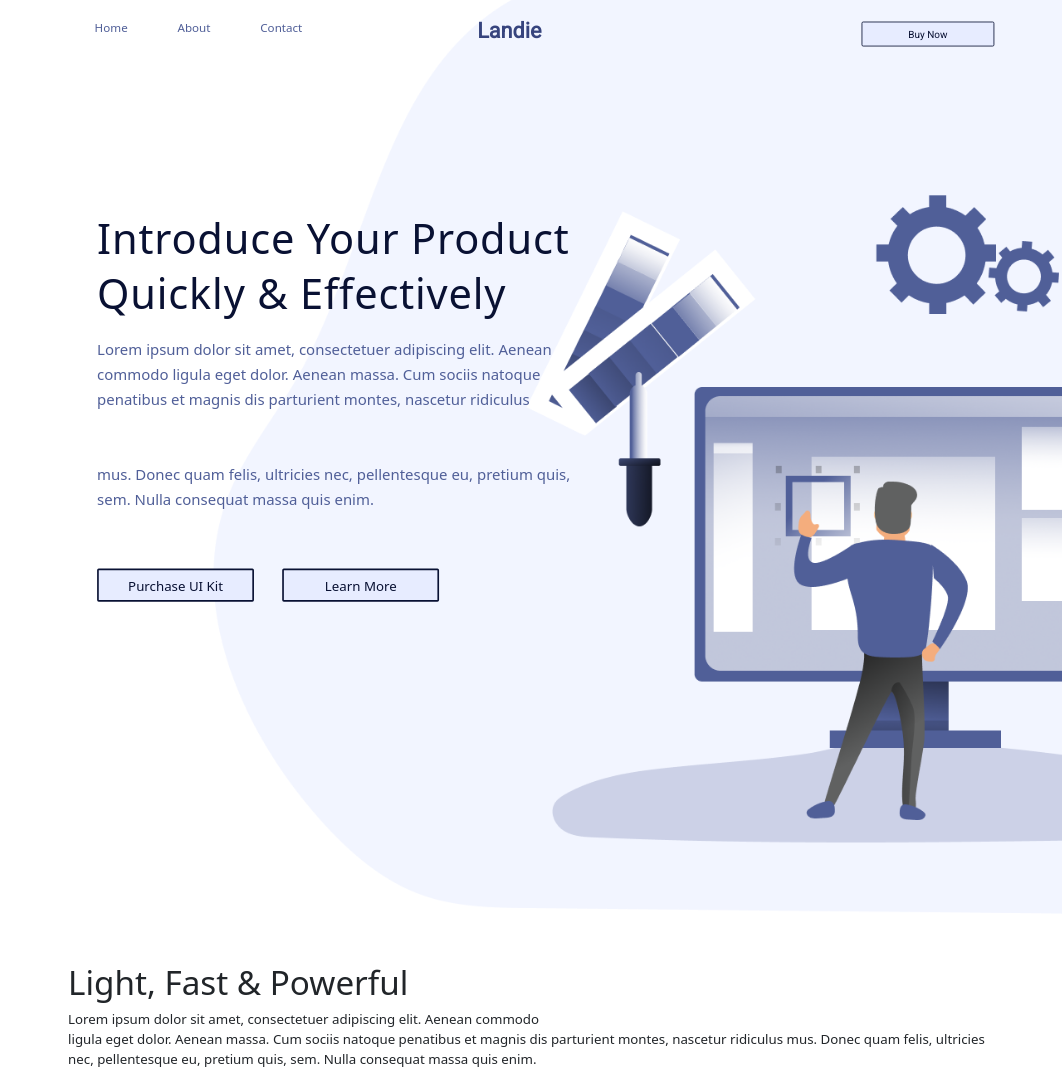
Repository: batonAnton/HW-Lec12-sass-pug
Page: index.html
These files come from the project's save history. The page is drawn as it stood at one moment and after the next save; the edit follows.
The browser window is 1280 px wide. The pictures show the whole page, at 83% of full size.
The style sheet was rebuilt from its Sass, Less or Tailwind sources for each picture, by a compiler version that may differ from the author's.

Above is the page before, as saved 2022-07-29 16:13:50.

After the next save:
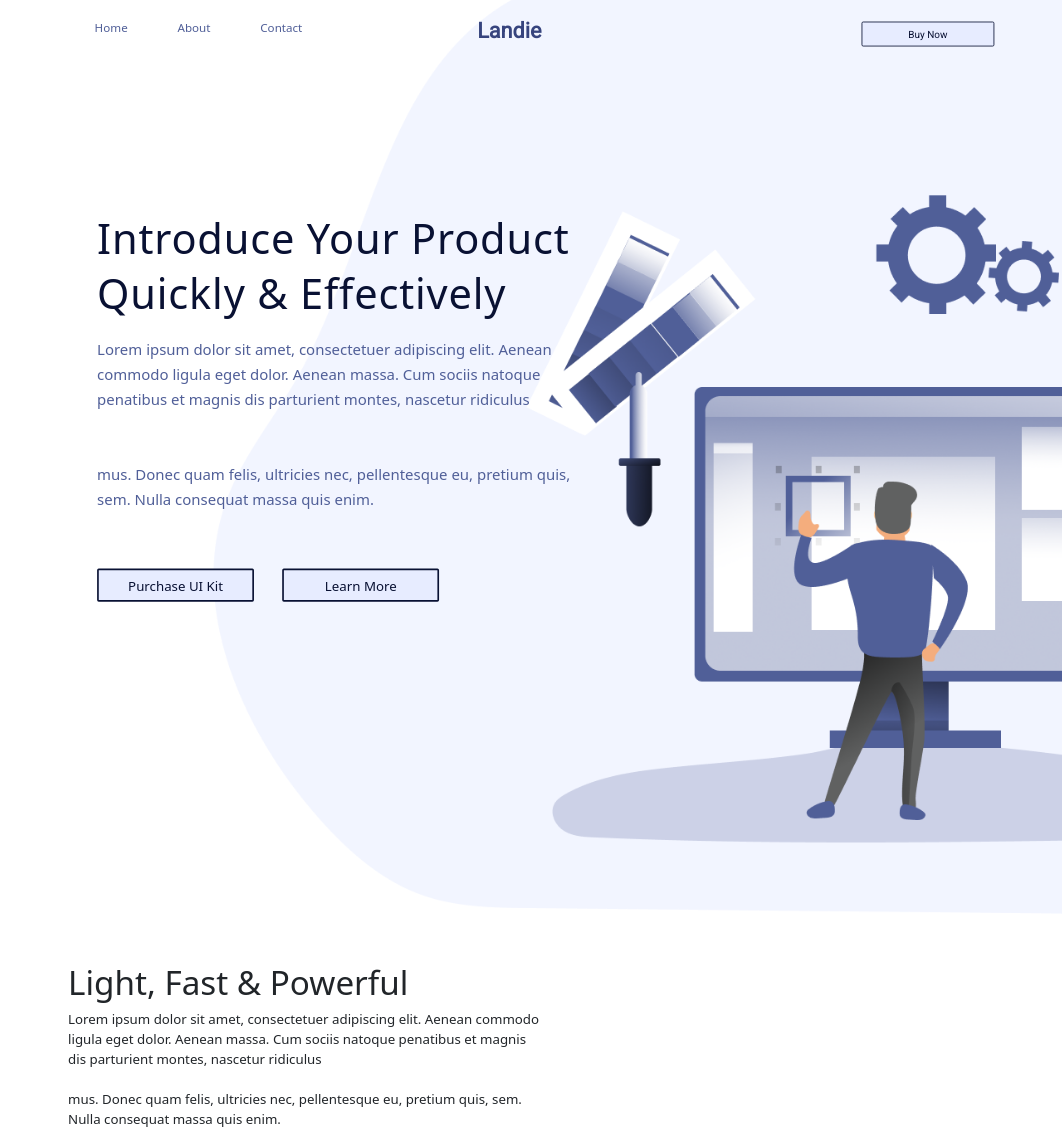
Saved 5 min 4 s later.
--- a/index.html
+++ b/index.html
@@ -61,9 +61,16 @@
         <div class="container">
             <h1>Light, Fast & Powerful</h1>
             <p>
-                Lorem ipsum dolor sit amet, consectetuer adipiscing elit. Aenean commodo <br class="hideBr"> ligula eget dolor. Aenean massa. Cum sociis natoque penatibus et magnis dis parturient montes, nascetur ridiculus
-                mus. Donec quam felis, ultricies nec, pellentesque eu, pretium quis, sem. Nulla consequat massa quis enim.
+                Lorem ipsum dolor sit amet, consectetuer adipiscing elit. Aenean commodo <br class="hideBr"> ligula eget dolor. Aenean massa. Cum sociis natoque penatibus et magnis <br class="hideBr"> dis parturient montes, nascetur ridiculus
+                <br> <br>
+                mus. Donec quam felis, ultricies nec, pellentesque eu, pretium quis, sem. <br class="hideBr"> Nulla consequat massa quis enim.
             </p>
+
+            <div class="smallInfo">
+                <div class="block">
+
+                </div>
+            </div>
         </div>
     </section>
 </body>
